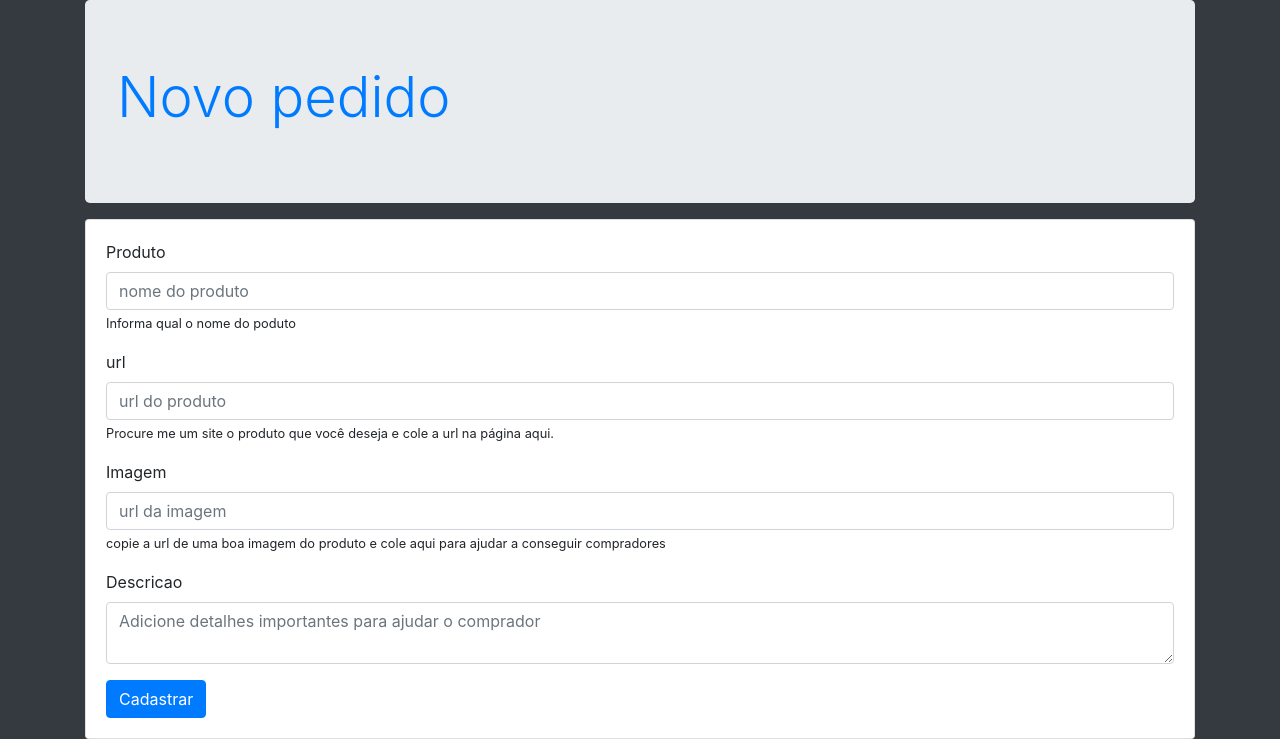
Repository: Erick-Fernandes-dev/Spring_MVC_Part2
Page: http://localhost/pedido/formulario
The author's editor kept a copy of each file at every save. The page is drawn from the files as they stood at one save, then again after the next save.
The browser window is 1280 px wide. The pictures show the whole page.
The page is this project's Thymeleaf template; nobody is signed in. The template is opened directly, without the code that normally fills it, so the values that code supplies are empty.

Above is the page before, as saved 2022-05-26 18:12:38.

After the next save:
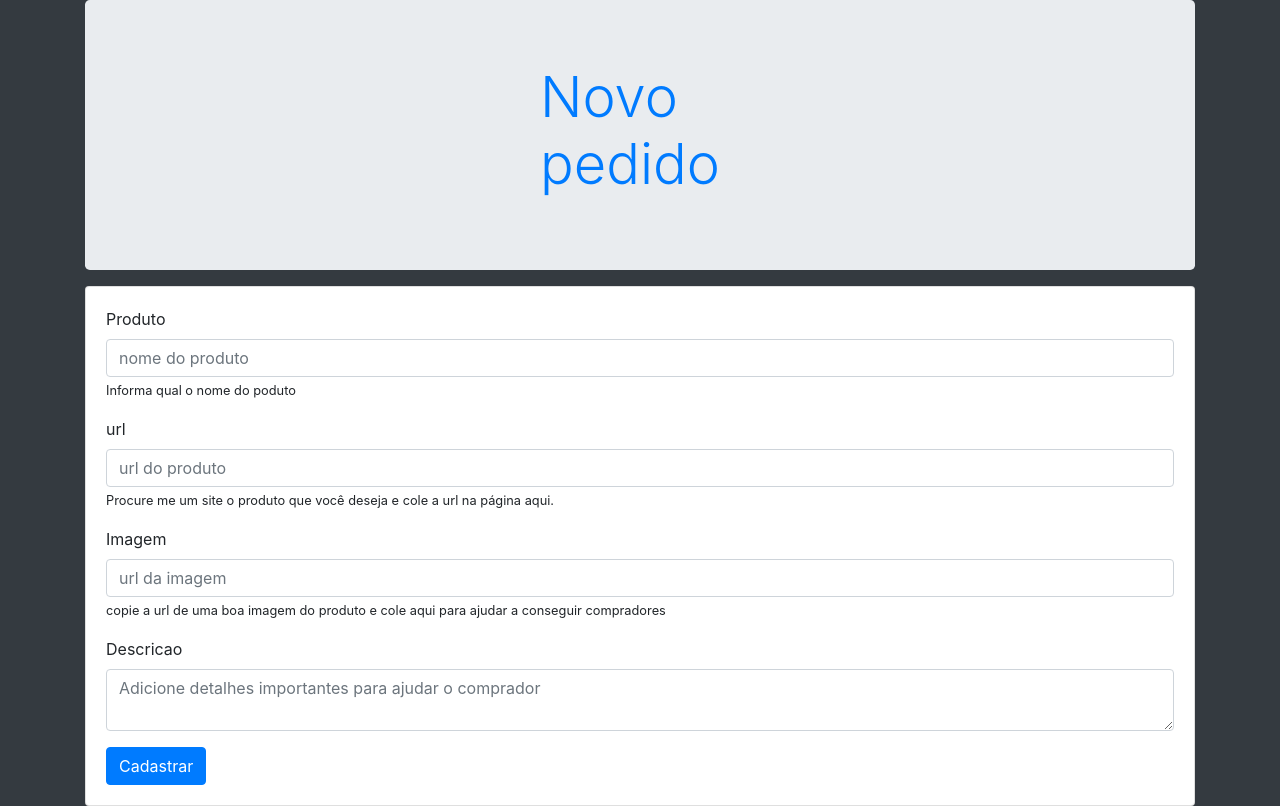
Saved 36 s later.
--- a/mudi/src/main/resources/templates/pedido/formulario.html
+++ b/mudi/src/main/resources/templates/pedido/formulario.html
@@ -15,7 +15,7 @@
 
 		<div class="jumbotron mb-0">
 
-			<h1 class="display-4 text-primary mx-auto">Novo pedido</h1>
+			<h1 class="display-4 text-primary mx-auto" style="width: 200px;">Novo pedido</h1>
 
 		</div>
 
